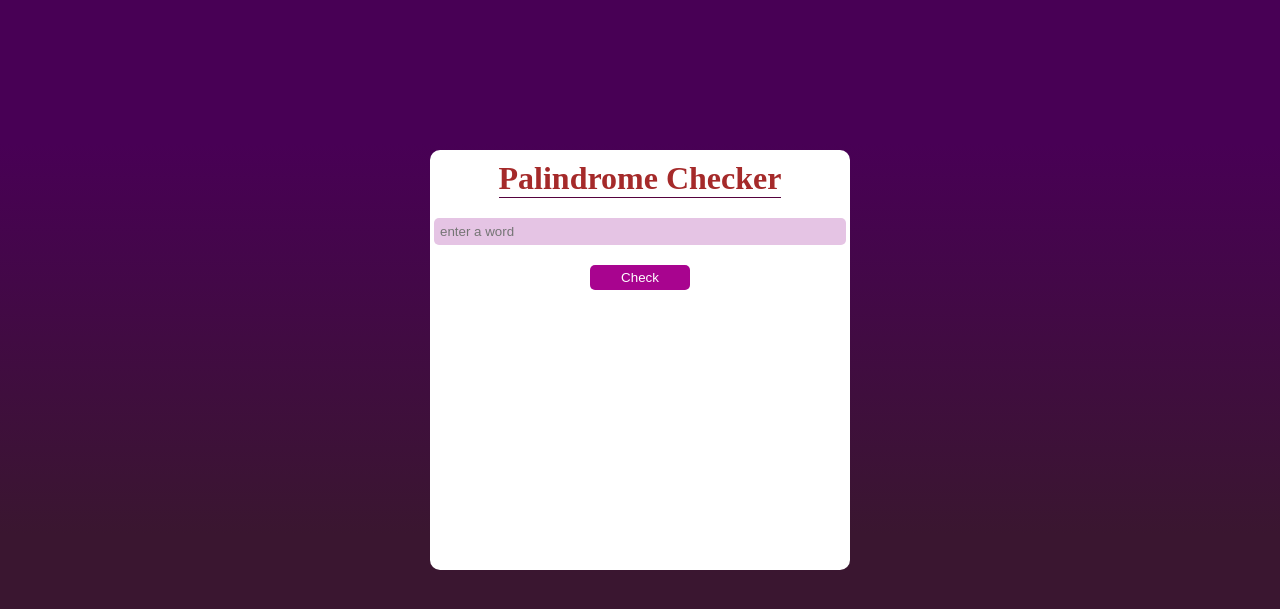
Repository: albinsabu2023/palindromeChecker
Page: index.html
These files come from the project's save history. The page is drawn as it stood at one moment and after the next save; the edit follows.
The browser window is 1280 px wide. The pictures show the whole page.

Above is the page before, as saved 2023-09-12 01:31:28.

After the next save:
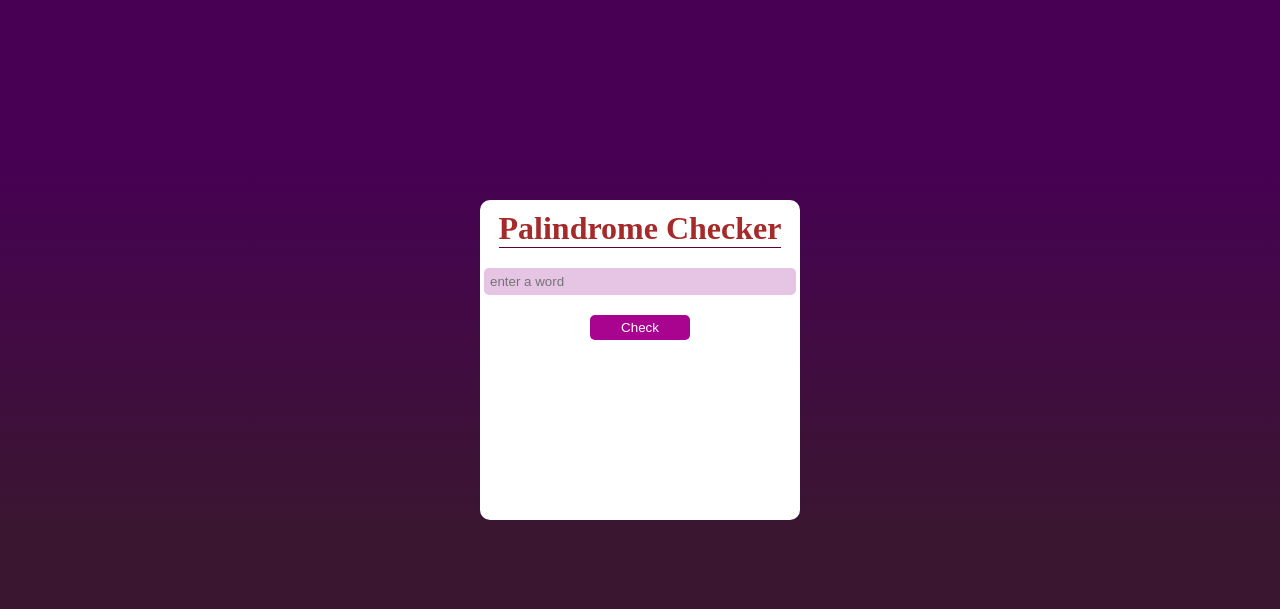
Saved 10 s later.
--- a/style.css
+++ b/style.css
@@ -19,8 +19,8 @@ body{
     align-items: center;
     /* justify-content: center; */
     gap: 20px;
-    width: 400px;
-    height: 400px;
+    width: 300px;
+    height: 300px;
 
 }
 .container h1{
